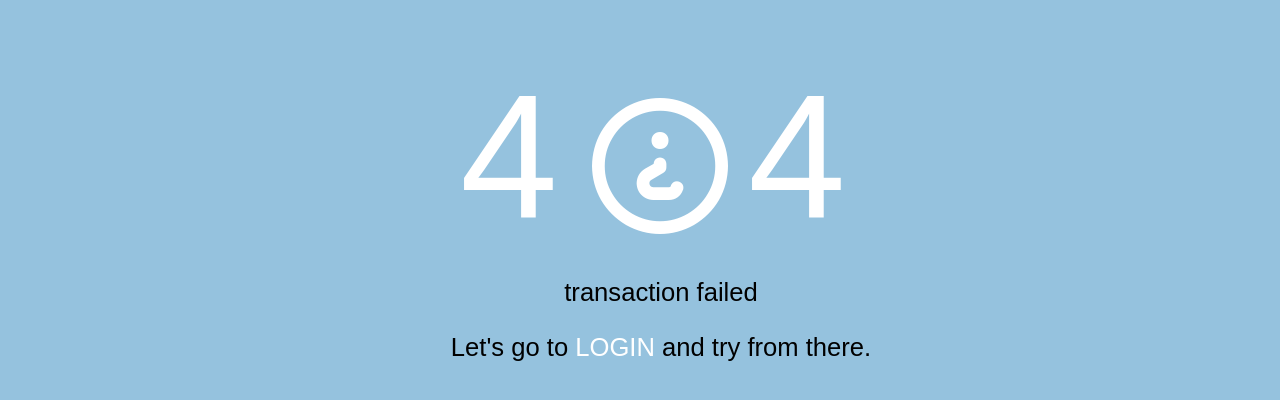
Repository: anujs099/bankingapp
Page: banking-application-final/WebContent/transcationfaliure.html
An editor plug-in stored every save of this project. The page is shown before and after the next save, followed by the edit.
The browser window is 1280 px wide. The pictures show the whole page.
Some web fonts or font styles are not loaded; a fallback is used. Some web libraries are served in a nearby version.

Above is the page before, as saved 2021-03-07 15:47:45.

### banking-application-final/WebContent/transcationfaliure.html
<!DOCTYPE html>
<html>
<head>
<meta charset="ISO-8859-1">
<title>Insert title here</title>
<link href="https://fonts.googleapis.com/css2?family=Nunito+Sans:wght@600;900&display=swap" rel="stylesheet">
  <script src="https://kit.fontawesome.com/4b9ba14b0f.js" crossorigin="anonymous"></script>
  <link rel="stylesheet" href="error.css">
</head>
<body>
<div class="mainbox">
    <div class="err">4</div>
    <i class="far fa-question-circle fa-spin"></i>
    <div class="err2">4</div>
    <div class="msg">transaction failed<p>Let's go to <a href="login.html">LOGIN</a> and try from there.</p></div>
</body>
</html>

### banking-application-final/WebContent/error.css
@charset "ISO-8859-1";

body {
  background-color: #95c2de;
}

.mainbox {
  background-color: #95c2de;
  margin: auto;
  height: 600px;
  width: 600px;
  position: relative;
}

  .err {
    color: #ffffff;
    font-family: 'Nunito Sans', sans-serif;
    font-size: 11rem;
    position:absolute;
    left: 20%;
    top: 8%;
  }

.far {
  position: absolute;
  font-size: 8.5rem;
  left: 42%;
  top: 15%;
  color: #ffffff;
}

 .err2 {
    color: #ffffff;
    font-family: 'Nunito Sans', sans-serif;
    font-size: 11rem;
    position:absolute;
    left: 68%;
    top: 8%;
  }

.msg {
    text-align: center;
    font-family: 'Nunito Sans', sans-serif;
    font-size: 1.6rem;
    position:absolute;
    left: 16%;
    top: 45%;
    width: 75%;
  }

a {
  text-decoration: none;
  color: white;
}

a:hover {
  text-decoration: underline;
}

After the next save:
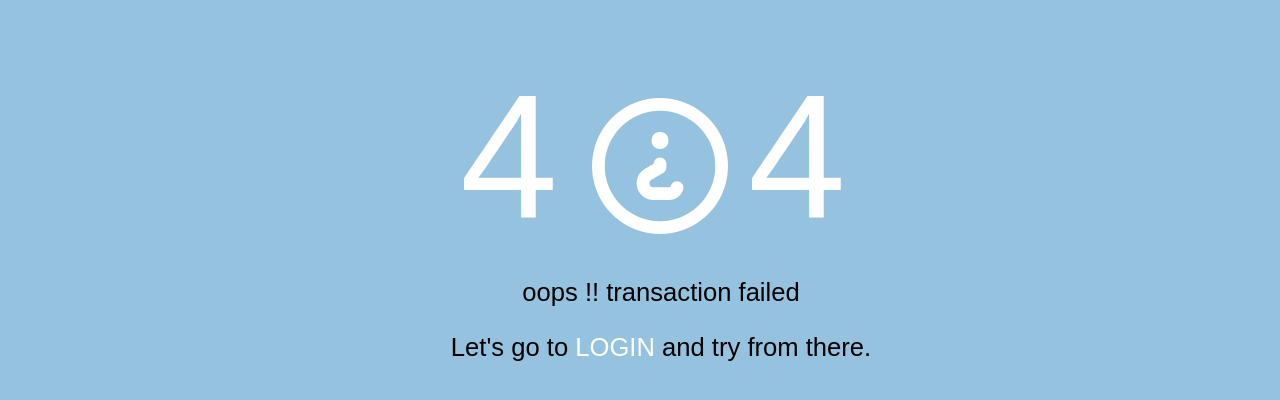
Saved 22 s later.
--- a/banking-application-final/WebContent/transcationfaliure.html
+++ b/banking-application-final/WebContent/transcationfaliure.html
@@ -12,6 +12,6 @@
     <div class="err">4</div>
     <i class="far fa-question-circle fa-spin"></i>
     <div class="err2">4</div>
-    <div class="msg">transaction failed<p>Let's go to <a href="login.html">LOGIN</a> and try from there.</p></div>
+    <div class="msg">oops !! transaction failed<p>Let's go to <a href="login.html">LOGIN</a> and try from there.</p></div>
 </body>
 </html>
